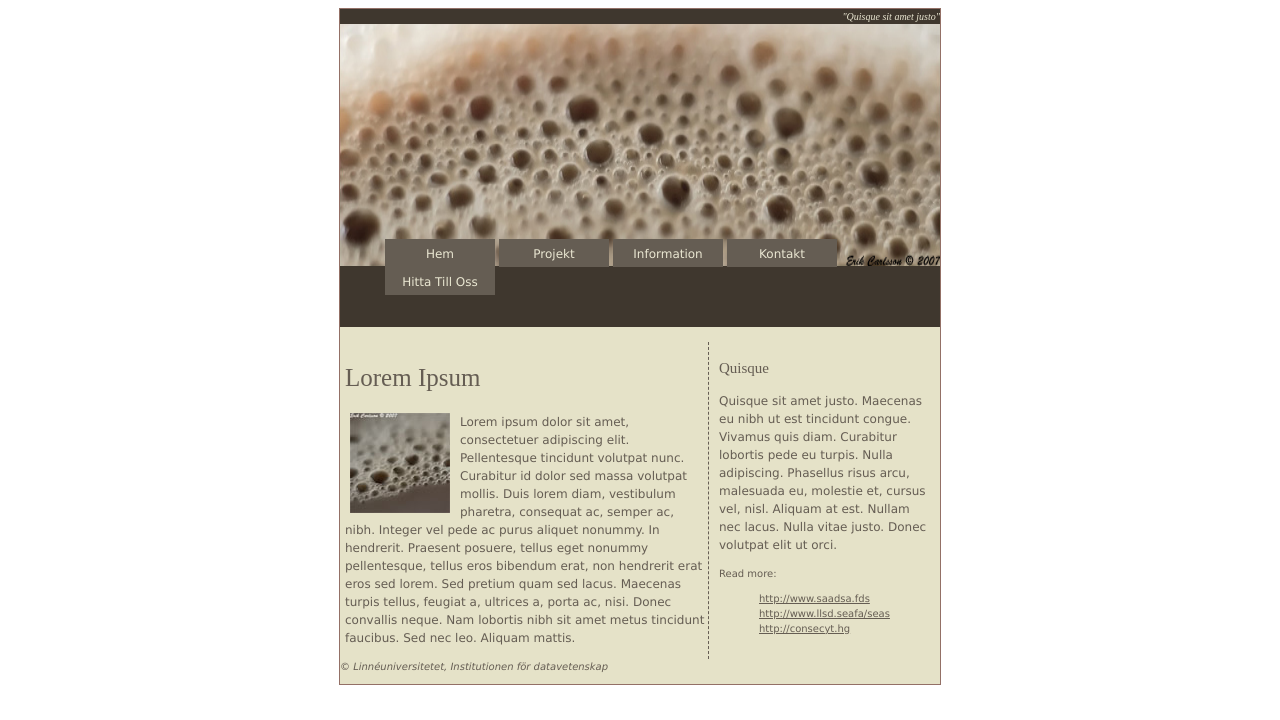
Repository: mh223ja/1ik415-js223mi-Uppgift-3-3
Page: index.html
The author's editor kept a record of every edit. The page is drawn from the files as they stood at one moment, then again after the next edit.
The browser window is 1280 px wide. The pictures show the whole page.

Above is the page before.

### index.html
<!doctype html>
<html lang="sv">

<head>
	<meta charset="utf-8" />
	<title>Lorem Ipsum</title>

	<link rel="stylesheet" href="css/basic.css" />
</head>

<body>

	<div id="container">
		<div id="topbar">
			"Quisque sit amet justo"
		</div>

		<div id="menu">

			<a href="#maincontent">Skip navigation</a>

			<ul>
				<li class="active"><a href="#">hem</a></li>
				<li><a href="#">projekt</a></li>
				<li><a href="#">information</a></li>
				<li><a href="#">kontakt</a></li>
				<li><a href="#">hitta till oss</a></li>
			</ul>
		</div>
		<div id="content">
			<div id="maincontent">
				<h1>Lorem Ipsum</h1>

				<img src="pics/info.jpg" alt="Bubblande kaffe" />
				<p>Lorem ipsum dolor sit amet, consectetuer adipiscing elit. Pellentesque tincidunt volutpat nunc. Curabitur id dolor sed massa volutpat mollis. Duis lorem diam, vestibulum pharetra, consequat ac, semper ac, nibh. Integer vel pede ac purus aliquet nonummy. In hendrerit. Praesent posuere, tellus eget nonummy pellentesque, tellus eros bibendum erat, non hendrerit erat eros sed lorem. Sed pretium quam sed lacus. Maecenas turpis tellus, feugiat a, ultrices a, porta ac, nisi. Donec convallis neque. Nam lobortis nibh sit amet metus tincidunt faucibus. Sed nec leo. Aliquam mattis.</p>
			</div>

			<div id="subcontent">

				<h1>Quisque</h1>
				<p>Quisque sit amet justo. Maecenas eu nibh ut est tincidunt congue. Vivamus quis diam. Curabitur lobortis pede eu turpis. Nulla adipiscing. Phasellus risus arcu, malesuada eu, molestie et, cursus vel, nisl. Aliquam at est. Nullam nec lacus. Nulla vitae justo. Donec volutpat elit ut orci.</p>

				<h2>Read more:</h2>
					<ul>
						<li><a href="#">http://www.saadsa.fds</a></li>
						<li><a href="#">http://www.llsd.seafa/seas</a></li>
						<li><a href="#">http://consecyt.hg</a></li>
					</ul>

			</div>
			<div id="bottomcontent">&copy; Linnéuniversitetet, Institutionen för datavetenskap</div>
		</div>
	</div>
</body>
</html>

### css/basic.css
/* Denna fil får du editera för att lösa uppgiften. Du får INTE ändra i html-filen. */



#container{
	width: 600px;
	margin: auto;
	border: 1px;
	border-style: solid;
	border-color: #937066;
	background-image: url('pics/coffey.jpg');
	background-repeat: no-repeat;
	background-color: #3F372E;
	background-size: 100% 38%;


}
#topbar{
	background-color: #3F372E;
	text-align: right;
	color: #eae7d2;
	font-size: 10px;
	padding: 2px 0;
	font-style: italic;
	width: 600px;
	height: auto;
	font: Verdana, Times New Roman;


}

#content{
	background-color: #E5E2C8;
	padding-top: 15px;
	font-family: Verdana, Times New Roman;
	font-size: 12px;
	color: #655D53;
	line-height: 1.5;
	overflow: auto;
	margin-top: 2.7%;
}

#maincontent{
	width: 60%;
	padding-right: 0.5%;
	border-right: dashed 1px;
	float: left;
	background-color: #E5E2C8;
	margin-left: 0;
	padding-left: 5px;
}

#maincontent h1
{
	font-size: 25px;
	font-weight: normal;
	font-family: Times New Roman;
}

#subcontent{
	width: 35%;
           padding-top: 5px;
           margin-right:0;
           float: left;
           background-color: #E5E2C8;
           font-size: 10px;
           padding-left: 5px;
           margin-left: 5px;
}

#bottomcontent{
	font-style : italic;
	width: 600px;
	margin-bottom: 10px;
	font-size: 10px;
	float: left;
}
#maincontent img {
	float: left;
	margin-right: 5px;
	padding: 0px 5px;
}
#subcontent ul {
	list-style: none;


}
#subcontent h1 {
	font-size: 15px;
	color: #655D53;
	font-family: Times New Roman;
	font-weight: Normal;
}

#subcontent h2 {
	font-size: 10px;
	font-weight: normal;
	font-family: verdana;
}
#subcontent p {
	font-size: 12px;
}
#subcontent a {
	color: #655D53;
}
#subcontent a:visited{
	color: #5655D53;
}


#menu ul  {
	display: inline-block;
	color: white;
	margin-left: 5px;
	margin-top: 215px;
}
#menu li {
	display: inline-block;
	background-color: #655D53;
}
#menu a {
	color: #eae7d2;
	text-transform:  capitalize;
	text-decoration: none;
	font-size: 12px;
	font-family: Verdana;
	display: none;
}
#menu li:hover{
	background-color: #9c9084;
}
#menu li a {
	display: inline;
}

#menu ul li {
	text-align: center;
	display: inline-block;
	width: 100px;
	padding: 5px
}
.active{
	background-color: #E5E2C8;

}
.active a{
	color: #9e8076;

}

After the next edit:
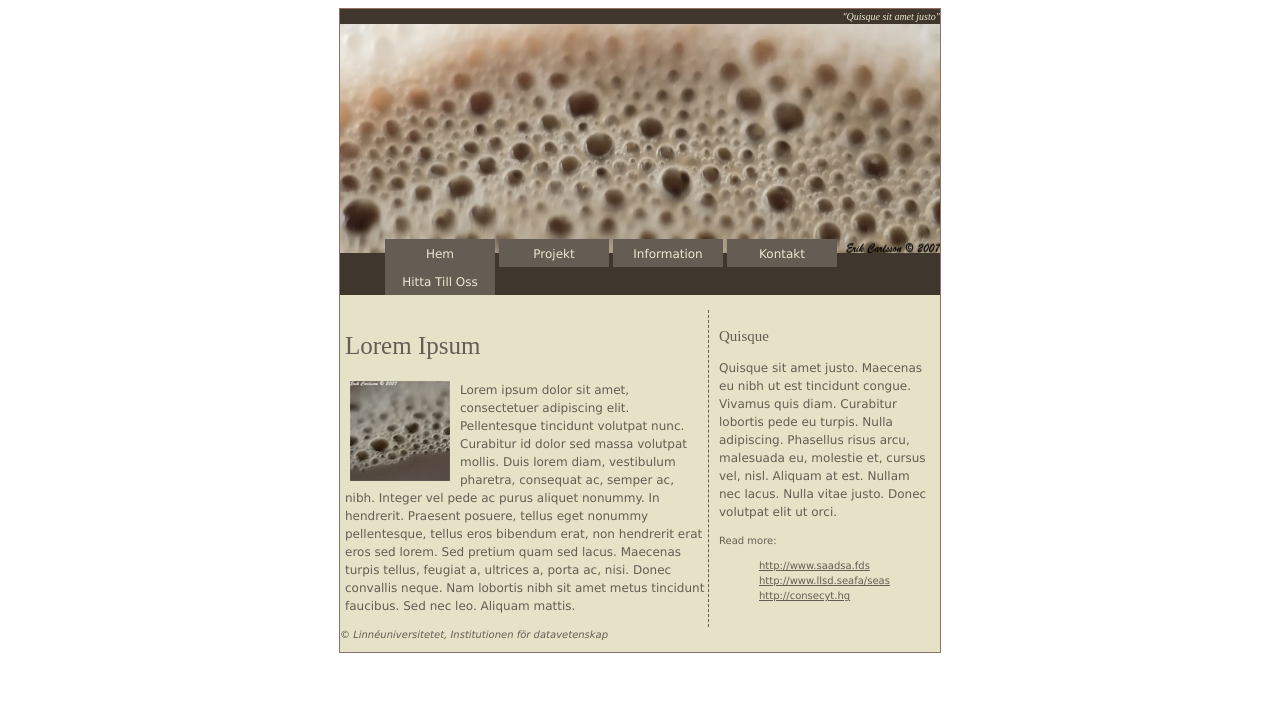
The edit:
--- a/css/basic.css
+++ b/css/basic.css
@@ -37,7 +37,7 @@
 	color: #655D53;
 	line-height: 1.5;
 	overflow: auto;
-	margin-top: 2.7%;
+	margin-top: -2.7%;
 }
 
 #maincontent{
